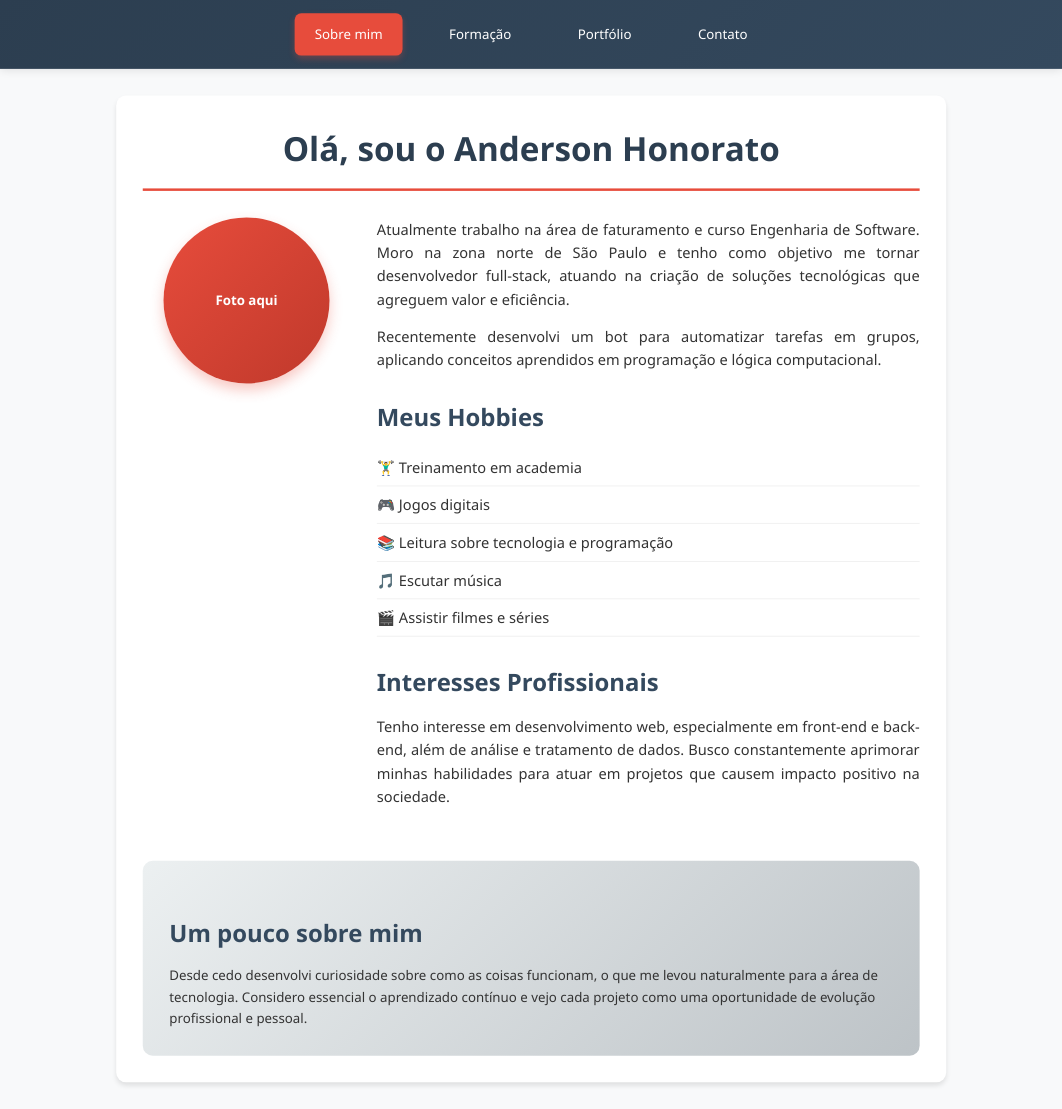
Repository: AnderHonorato/meu-portfolio
Page: index.html
The author's editor kept a copy of each file at every save. The page is drawn from the files as they stood at one save, then again after the next save.
The browser window is 1280 px wide. The pictures show the whole page, at 83% of full size.

Above is the page before, as saved 2025-08-26 19:56:34.

After the next save:
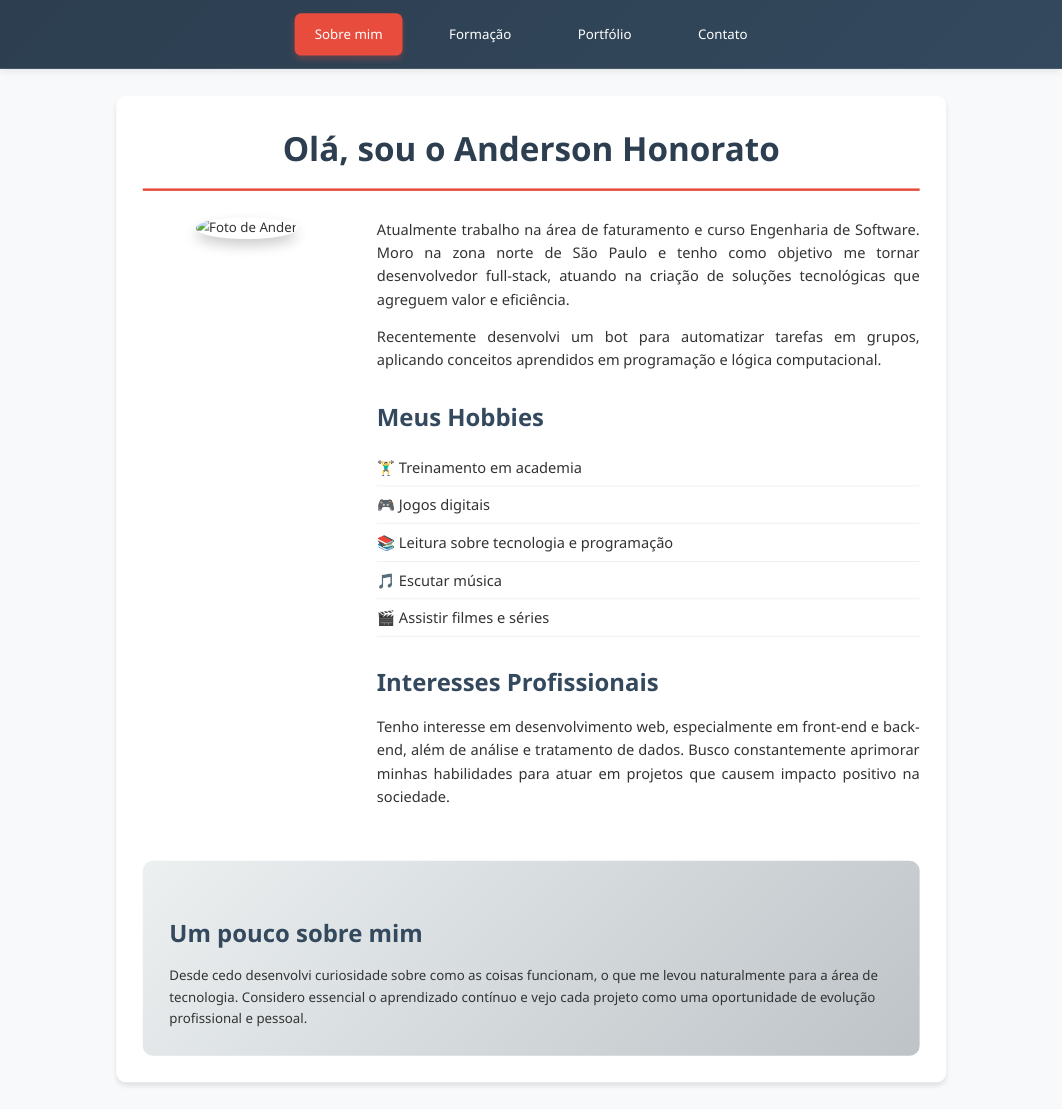
Not found: imagens/foto-perfil.jpg
Saved 75 s later.
--- a/index.html
+++ b/index.html
@@ -24,9 +24,7 @@
     <div class="sobre-container">
         <!-- SEÇÃO DA FOTO DE PERFIL -->
         <div class="foto-perfil">
-            <div class="placeholder-foto">
-                <p>Foto aqui</p>
-            </div>
+            <img src="imagens/foto-perfil.jpg" alt="Foto de Ander" class="minha-foto">
         </div>
 
         <!-- SEÇÃO DE INFORMAÇÕES PESSOAIS -->
